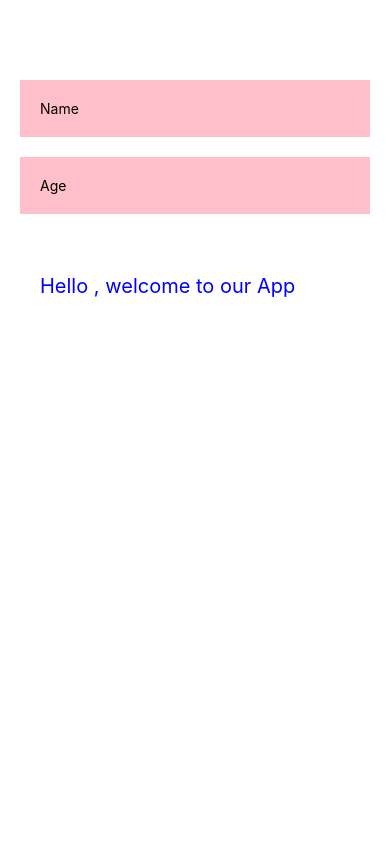
Repository: akinmiday/ReactNativeApp
Screen: /
An editor plug-in stored every save of this project. The screen is shown before and after the next save, followed by the edit.
The app was drawn by React Native's web renderer in a window 390 px wide. The project was rebuilt for these pictures with package versions that can differ from the ones it lists, and the page was loaded fresh each time.

Above is the screen before, as saved 2023-08-05 05:02:17.

### App.js
import { View, Text, Button, TextInput } from "react-native";
import styles from "./styles";
import { useState } from "react";
import Display from "./Display";

export default function App() {
  const { container, input } = styles;
  const [name, setName] = useState("");
  const [age, setAge] = useState(0);

  return (
    <View style={container}>
      <TextInput
        style={input}
        placeholder="Name"
        onChangeText={(text) => setName(text)}
      />
      <TextInput
        style={input}
        placeholder="Age"
        onChangeText={(text) => setAge(text)}
        keyboardType="numeric"
      />
      <Display name={name} age={age} />
    </View>
  );
}

### styles.js
import { StyleSheet } from "react-native";

const styles = StyleSheet.create({
  container: {
    marginTop: 40,
    padding: 20,
    backgroundColor: "#fff",
    flex: 1,
  },
  input: {
    backgroundColor: "pink",
    marginTop: 20,
    padding: 20,
  },
  text: {
    fontSize: 20,
    color: "blue",
  },
});

export default styles;

### Display.js
import { View, Text, Alert } from "react-native";
import React from "react";
import styles from "./styles";

export default function Display(props) {
  const { container, text } = styles;
  const { name, age } = props;

  if (age >= 18) {
    Alert.alert("Notice", "You can Drink !!!");
  }

  return (
    <View style={container}>
      <Text style={text}>Hello {name}, welcome to our App</Text>
    </View>
  );
}

After the next save:
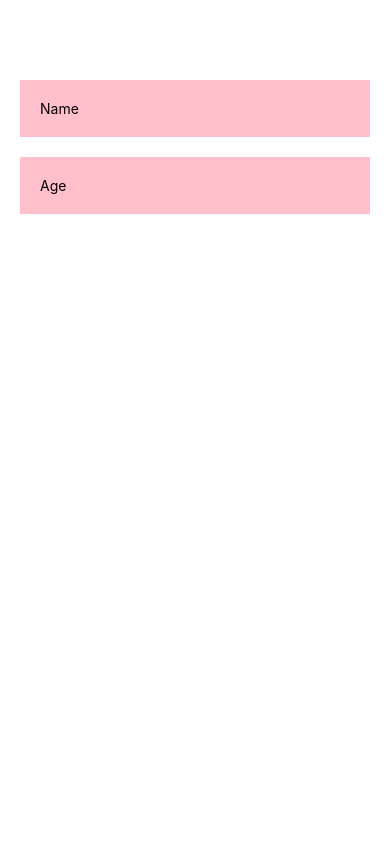
Saved 67 s later.
--- a/Display.js
+++ b/Display.js
@@ -12,7 +12,7 @@ export default function Display(props) {
 
   return (
     <View style={container}>
-      <Text style={text}>Hello {name}, welcome to our App</Text>
+      <Text style={text}>{name}</Text>
     </View>
   );
 }
